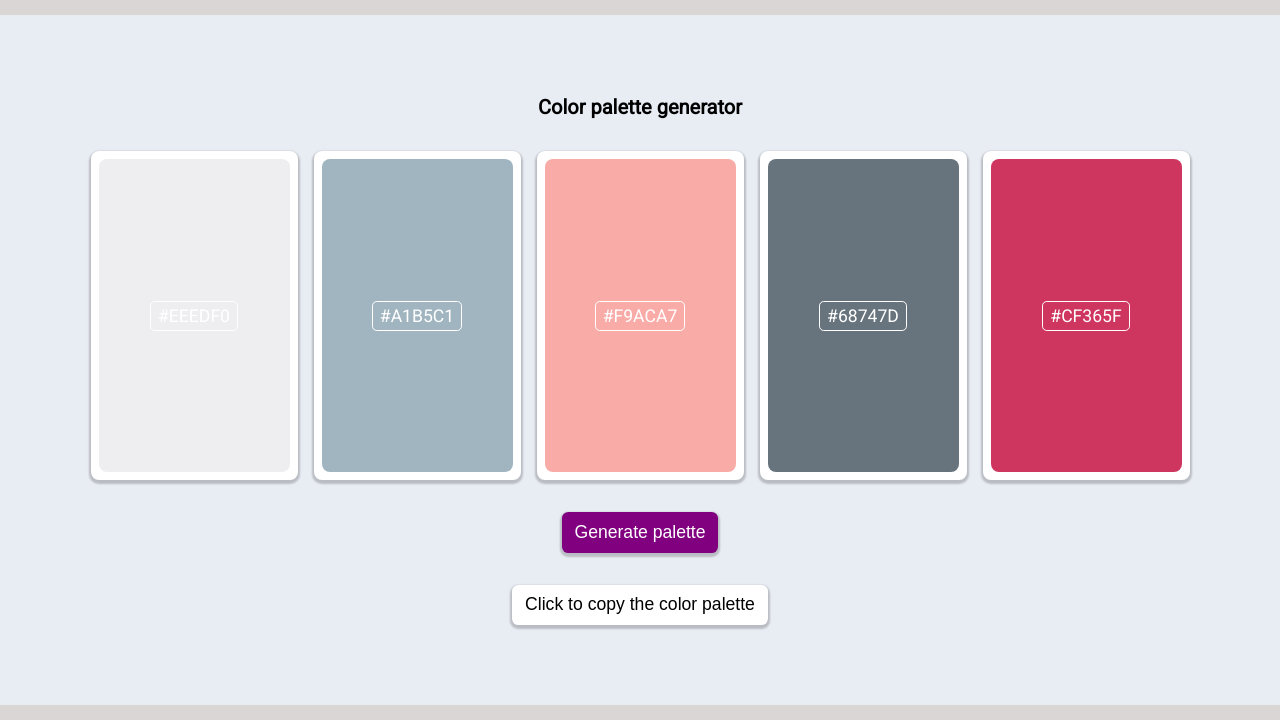
Repository: Hcmwebs/Color-Palette-Generator
Page: index.html
These files come from the project's save history. The page is drawn as it stood at one moment and after the next save; the edit follows.
The browser window is 1280 px wide. The pictures show the whole page.

Above is the page before, as saved 2020-10-23 11:18:30.

### index.html
<!DOCTYPE html>
<html lang="en">
<head>
    <meta charset="UTF-8">
    <meta name="viewport" content="width=device-width, initial-scale=1.0">
    <link rel="stylesheet" href="styles.css">
    <script src="main.js" defer></script>
    <title>Color Pallete Generator</title>
</head>
<body>
    <div class="container">


        <h1>Color palette generator</h1>
        <div class="card">
            <div class="card__item">
                <div class="card__color card__color--lightPurpleish">
                    <div class="card__tag">#EEEDF0</div>
                </div>

            </div>

            <div class="card__item">
                <div class="card__color card__color--lightBlueGreenish">
                    <div class="card__tag">#A1B5C1</div>
                </div>

            </div>

            <div class="card__item ">
                <div class="card__color card__color--lightReddish">
                    <div class="card__tag">#F9ACA7</div>
            </div>

            </div>

            <div class="card__item">
                <div class="card__color card__color--lightBluish">
                    <div class="card__tag">#68747D</div>
                </div>
            </div>

            <div class="card__item">
                <div class="card__color card__color--reddish">
                    <div class="card__tag">#CF365F</div>
            </div>

            </div>

        </div>
        <button class="btn btn--generate" id="btn">Generate palette</button>
        <button class="btn btn--white" id="btnSecondary">Click to copy the color palette</button>
    </div>
</body>
</html>

### styles.css
@import url('https://fonts.googleapis.com/css2?family=Roboto:wght@300;400&display=swap');

* {
  box-sizing: border-box;
  margin: 0;
  padding: 0;
}

body {
  font-family: 'Roboto', sans-serif;
  font-weight: 300;
  font-size: 10px;
  height: 100vh;
  display: grid;
  place-items: center;
  background-color: rgba(124, 107, 107, 0.274);
}

h1,
h2,
h3{
  font-weight: light;
  margin: 2rem;
  text-align: center;
}
h2 {
  font-size: 3.4rem;
}

h3 {
  font-size: 1.2rem;
}
button{
  cursor: pointer;
  font-size: 1.1rem;
  padding: 0.6rem 0.8rem;
  border-radius: 0.4rem;
  border: none;
  box-shadow: 0px 2px 2px 2px rgba(0, 0, 0, 0.2);
  transition: all 0.7s ease-in;
}
button:hover{
  transform: scale(.98);
  box-shadow: 0px 5px 4px 5px rgba(0, 0, 0, 0.5);

}

.container {
  width: 100%;
  max-width: 1440px;
  overflow: hidden;
  margin: auto;
  padding: 3rem 0;
  display: flex;
  flex-direction: column;
  justify-content: space-between;
  align-items: center;
  background-color: #e8ecf3;
}

.card {
  display: grid;
  grid-template-columns: repeat(5, 1fr);
  gap: 1rem;
  justify-content: center;
}
.card__item {
  width: 207px;
  height: 329px;
  padding: 0.5rem;
  border-radius: 0.5rem;
  box-shadow: 0px 2px 2px 2px rgba(0, 0, 0, 0.2);
  display: flex;
  flex-direction: column;
  justify-content: space-between;
  align-items: center;
  background-color: #fff;
  cursor:pointer;
  transition: all 0.7s ease-in-out;
}
 .card__item:hover {
  box-shadow: 0px 5px 4px 5px rgba(0, 0, 0, 0.5);
  transform: scale(1.01);
}
.card__item.active{
  box-shadow: 0px 5px 4px 5px rgba(0, 0, 0, 0.5);
  transform: scale(1.01);
}

.card__color {
  width: 100%;
  height: 100%;
  border-radius: 0.5rem;
  display: flex;
  justify-content: center;
  align-items: center;
}
.card__color--lightPurpleish {
  background-color: #eeedf0;
}

.card__color--lightBlueGreenish {
  background-color: #a1b5c1;
}

.card__color--lightReddish {
  background-color: #f9aca7;
}

.card__color--lightBluish {
  background-color: #68747d;
}

.card__color--reddish {
  background-color: #cf365f;
}
.card__tag {
  font-size: 1.1rem;
  font-weight: 400;
  margin: auto;
  color:#fff;
  border:1px solid #fff;
  padding: 4px 7px;
  border-radius: 0.3rem;
}

.btn--generate {
  background-color: purple;
  color: #fff;
  margin: 2rem 0 ;
}
.btn--white {
    background-color: #fff;
    color: #000;
    margin-bottom: 2rem;
}
@media (max-width: 900px) {
  body {
    height: auto;
    padding: 0rem 2rem;
  }
  .container {
    min-width: 620px;
    width: 100%;
  }
  .card {
    grid-template-columns: repeat(2, 1fr);
  }
}
@media (max-width: 600px) {
  .container {
    width: 100%;
    min-width: 350px;
  }
  .card {
    grid-template-columns: 1fr;
  }
  .btn {
    width: 80%;
  }
}

### main.js
const hex = [ 0, 1, 2, 3, 4, 5, 6, 7, 8, 9,"A", "B", "C", "D"," E", "F" ];
const card = document.querySelectorAll(".card__item");
const color = document.querySelectorAll(".card__color");
const colorTag = document.querySelectorAll(".card__tag");
const btn = document.getElementById("btn");
const btnSec = document.getElementById("btnSecondary");




for(let num = 0 ; num < card.length ; num++){
  btn.addEventListener("click", random);
  card[num].addEventListener("click", random);

    function random(){

    let hexColor= "#";
    for (let i =0 ; i < 6; i++) {
      hexColor += hex[getRandomNumber()];
    }

    colorTag[num].textContent = hexColor;
    color[num].style.backgroundColor = hexColor;

  };

  function getRandomNumber(){return Math.floor(Math.random ()* hex.length)};


}

btnSec.addEventListener("click", () =>{
  alert ("Color Palette copied to the clipboard");
});

After the next save:
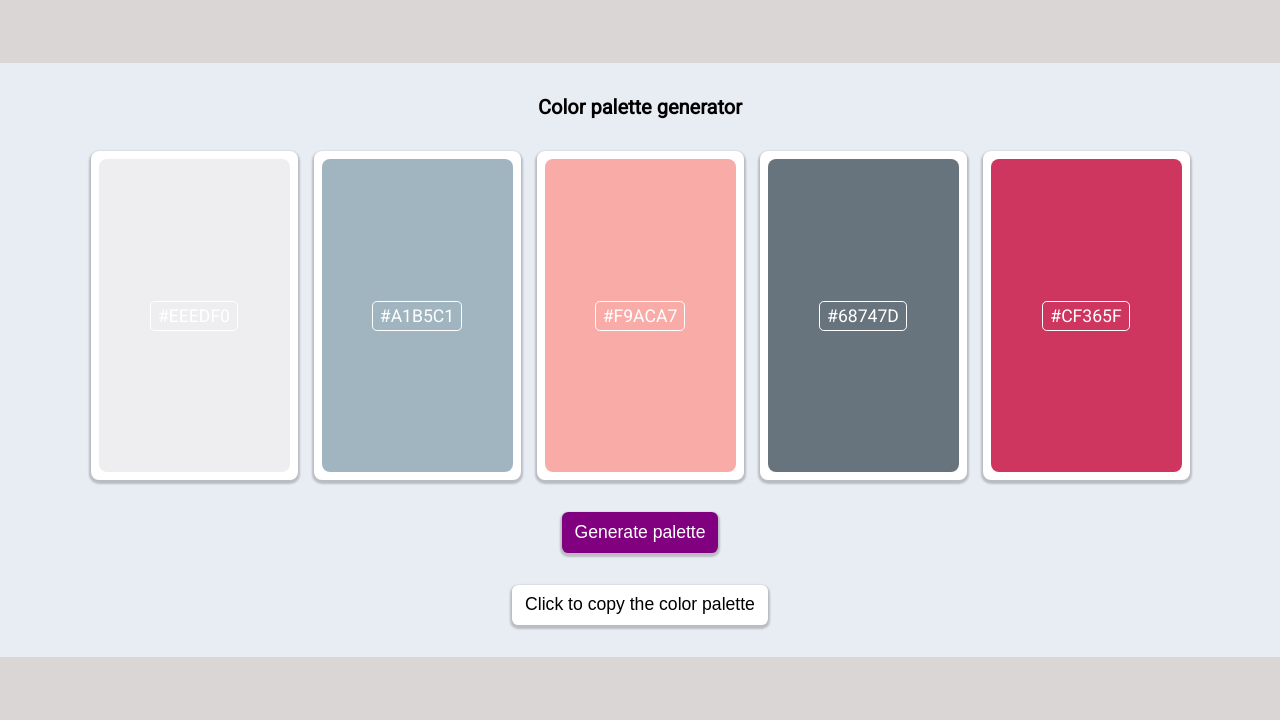
Saved 18 s later.
--- a/styles.css
+++ b/styles.css
@@ -49,8 +49,6 @@ button:hover{
   width: 100%;
   max-width: 1440px;
   overflow: hidden;
-  margin: auto;
-  padding: 3rem 0;
   display: flex;
   flex-direction: column;
   justify-content: space-between;
